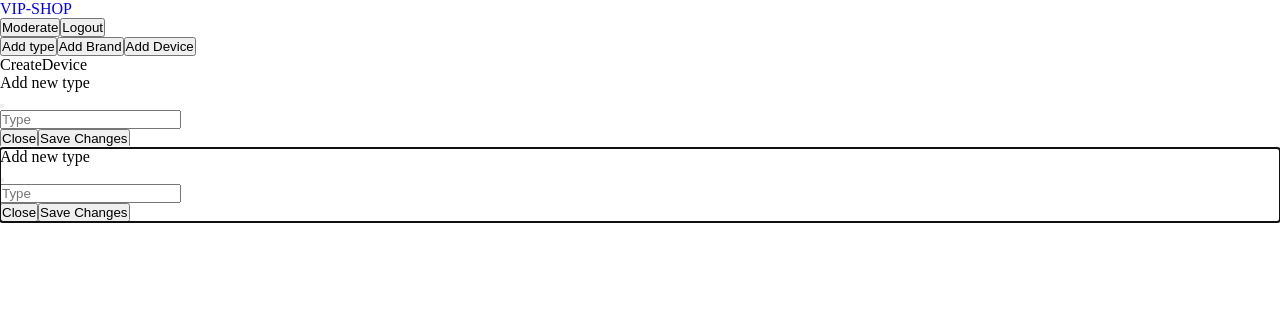
Repository: Mirsmog/VIP-SHOP
Page: /admin (app in client/)
These files come from the project's save history. The page is drawn as it stood at one moment and after the next save; the edit follows.
The browser window is 1280 px wide. The pictures show the whole page.
The project was rebuilt for these pictures with package versions that can differ from the ones it lists, and the page was loaded fresh each time. Also part of the build but not shown: client/vite.config.js, client/src/pages/Auth.jsx, client/src/pages/DevicePage.jsx, client/src/components/TypeBar.jsx, client/src/components/BrandBar.jsx, client/src/components/DeviceItem.jsx, client/src/components/DeviceList.jsx, client/src/pages/Shop.jsx and 1 more.

Above is the page before, as saved 2023-11-04 16:44:28.

After the next save:
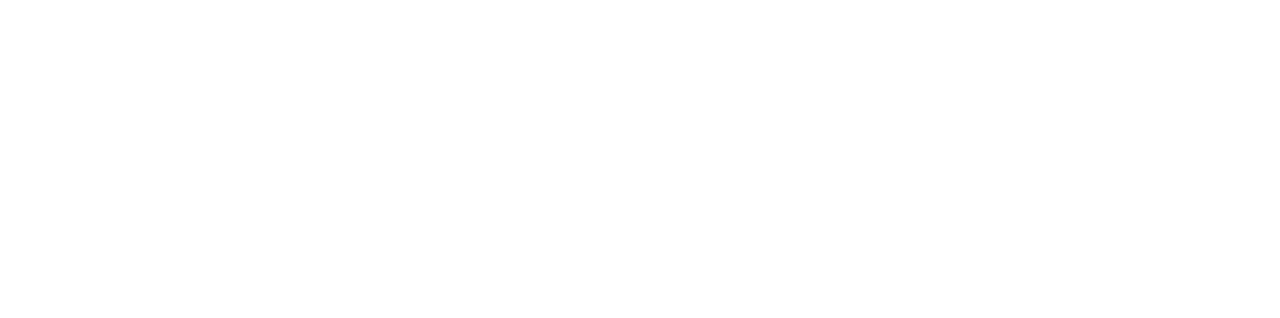
Console error: ReferenceError: Modal is not defined
Saved 21 s later.
--- a/client/src/components/modals/CreateDevice.jsx
+++ b/client/src/components/modals/CreateDevice.jsx
@@ -1,9 +1,26 @@
-import React from 'react'
+import React from 'react';
 
 const CreateDevice = () => {
   return (
-    <div>CreateDevice</div>
-  )
-}
+    <Modal show={show} onHide={onHide}>
+      <Modal.Header closeButton>
+        <Modal.Title>Add new type</Modal.Title>
+      </Modal.Header>
+      <Modal.Body>
+        <Form>
+          <Form.Control placeholder='Type' />
+        </Form>
+      </Modal.Body>
+      <Modal.Footer>
+        <Button variant='secondary' onClick={onHide}>
+          Close
+        </Button>
+        <Button variant='primary' onClick={onHide}>
+          Save Changes
+        </Button>
+      </Modal.Footer>
+    </Modal>
+  );
+};
 
-export default CreateDevice
+export default CreateDevice;

After the save that followed:
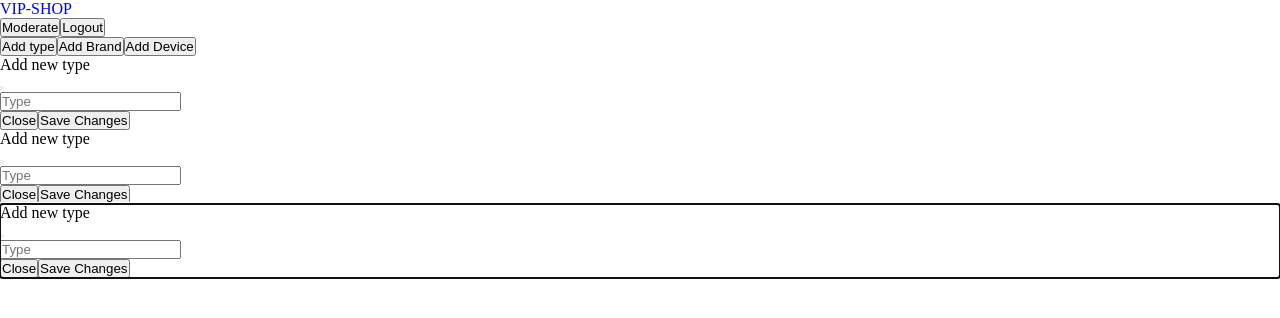
The error is gone.
Saved 5 min 50 s later.
--- a/client/src/components/modals/CreateDevice.jsx
+++ b/client/src/components/modals/CreateDevice.jsx
@@ -1,6 +1,9 @@
 import React from 'react';
+import Modal from 'react-bootstrap/esm/Modal';
+import Form from 'react-bootstrap/esm/Form';
+import Button from 'react-bootstrap/esm/Button';
 
-const CreateDevice = () => {
+const CreateDevice = (show, onHide) => {
   return (
     <Modal show={show} onHide={onHide}>
       <Modal.Header closeButton>
